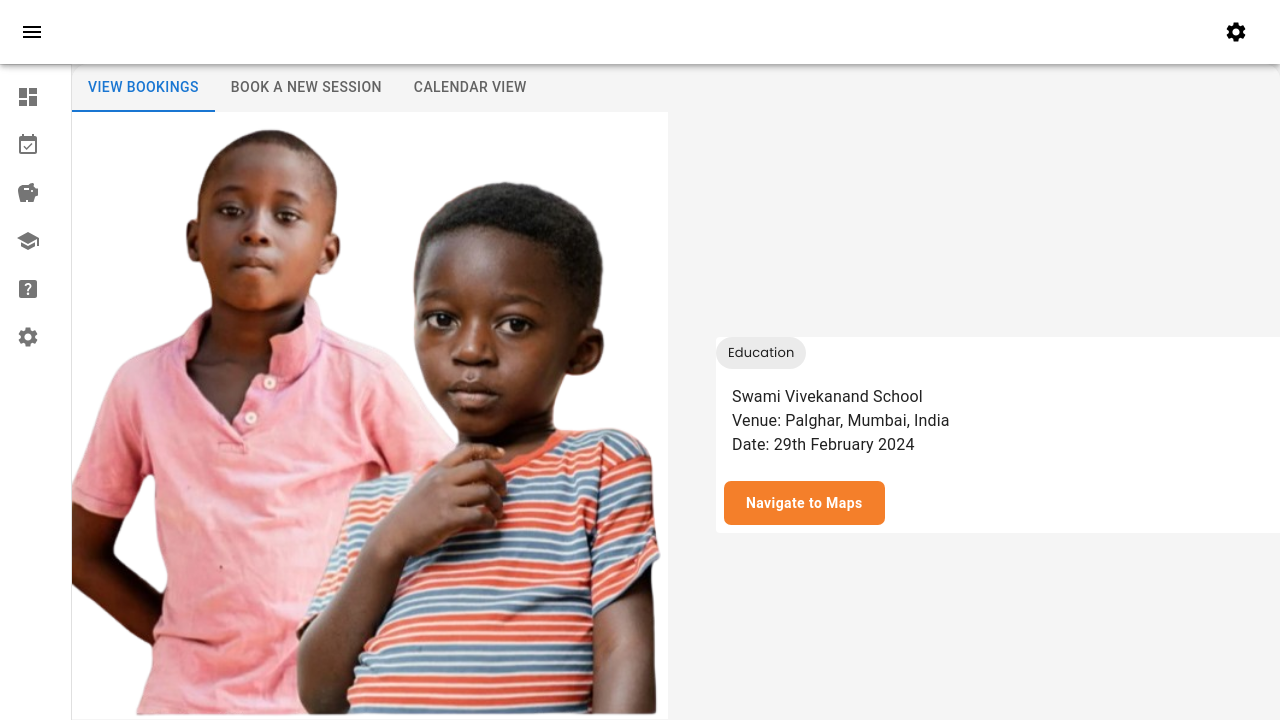
Repository: shubhampirate/Google_Solutions_Edural
Page: /bookings
The author's editor kept a copy of each file at every save. The page is drawn from the files as they stood at one save, then again after the next save.
The browser window is 1280 px wide. The pictures show the whole page.
An inner scrolling area shows only its first screen. The project was rebuilt for these pictures with package versions that can differ from the ones it lists, and the page was loaded fresh each time. Some packages were replaced by stand-ins written for this rebuild. Also part of the build but not shown: src/Components/Navbar.jsx, src/Components/Footer.jsx, src/Components/CongratsCard.jsx, src/pages/Hero/Hero.jsx, src/pages/Dashboard/Dashboard.jsx, src/pages/Sign_in.jsx, src/pages/Bookings/LicenseCard.jsx.

Above is the page before, as saved 2024-02-04 17:17:17.

### src/index.js
import React from "react";
import ReactDOM from "react-dom/client";
import "./index.css";
import { GoogleOAuthProvider } from '@react-oauth/google';
import App from "./App";
import { BrowserRouter } from "react-router-dom";
const root = ReactDOM.createRoot(
    document.getElementById("root"));
root.render(
    <BrowserRouter>
<GoogleOAuthProvider clientId="730379698185-cv7a59sok9sod43v04ee6g6pt4gtaea2.apps.googleusercontent.com">
        {/* <React.StrictMode> */}
            <App />
        {/* </React.StrictMode> */}
    </GoogleOAuthProvider>
    </BrowserRouter>

);

### src/App.jsx
import Hero from "./pages/Hero/Hero";
import Dashboard from "./pages/Dashboard/Dashboard";
import Layout from "./Components/layout";
import SignIn from "./pages/Sign_in";
import Booking from "./pages/Bookings/bookings"
import {useState} from "react";
import { Route, Routes } from "react-router-dom";
function App() {
  return (
    <>
      {/* <Hero />   */}
      {/* <SignIn /> */}
      <Routes>
        <Route path="/signin" element={<><SignIn /></>} />
        <Route path="/dashboard" element={<Layout><Dashboard /></Layout>} />
        {/* <Route path="/education" element={<><Education /></>} /> */}
        <Route path="/bookings" element={<Layout><Booking /></Layout>} />
        {/* <Route path="/profile" element={<><Profile /></>} /> */}
        {/* <Route path="/finance" element={<><Finance /></>} /> */}
        {/* <Route path="/questions" element={<><Questions /></>} /> */}
        {/* <Route path="/retireaibot" element={<><Bot /></>} /> */}
        <Route path="/" element={<><Hero /></>} />
      </Routes>
         </>
  );
}

export default App;

### src/Components/layout.jsx
import React from 'react';
import { styled, createTheme, ThemeProvider } from '@mui/material/styles';
import CssBaseline from '@mui/material/CssBaseline';
import MuiDrawer from '@mui/material/Drawer';
import Box from '@mui/material/Box';
import MuiAppBar from '@mui/material/AppBar';
import Toolbar from '@mui/material/Toolbar';
import IconButton from '@mui/material/IconButton';
import MenuIcon from '@mui/icons-material/Menu';
import ChevronLeftIcon from '@mui/icons-material/ChevronLeft';
import { mainListItems } from './listItems';
import { List } from '@mui/material';
import Divider from '@mui/material/Divider';
import Badge from '@mui/material/Badge';
// import NotificationsIcon from '@mui/icons-material/Notifications';
import Typography from '@mui/material/Typography';
import SettingsIcon from '@mui/icons-material/Settings';
const drawerWidth = 240;

const AppBar = styled(MuiAppBar, {
  shouldForwardProp: (prop) => prop !== 'open',
})(({ theme, open }) => ({
  zIndex: theme.zIndex.drawer + 1,
  transition: theme.transitions.create(['width', 'margin'], {
    easing: theme.transitions.easing.sharp,
    duration: theme.transitions.duration.leavingScreen,
  }),
  ...(open && {
    marginLeft: drawerWidth,
    width: `calc(100% - ${drawerWidth}px)`,
    transition: theme.transitions.create(['width', 'margin'], {
      easing: theme.transitions.easing.sharp,
      duration: theme.transitions.duration.enteringScreen,
    }),
  }),
  backgroundColor: 'white', // Set background color to white
  color: 'black',
}));

const Drawer = styled(MuiDrawer, { shouldForwardProp: (prop) => prop !== 'open' })(
  ({ theme, open }) => ({
    '& .MuiDrawer-paper': {
      position: 'relative',
      whiteSpace: 'nowrap',
      width: drawerWidth,
      transition: theme.transitions.create('width', {
        easing: theme.transitions.easing.sharp,
        duration: theme.transitions.duration.enteringScreen,
      }),
      boxSizing: 'border-box',
      ...(!open && {
        overflowX: 'hidden',
        transition: theme.transitions.create('width', {
          easing: theme.transitions.easing.sharp,
          duration: theme.transitions.duration.leavingScreen,
        }),
        width: theme.spacing(7),
        [theme.breakpoints.up('sm')]: {
          width: theme.spacing(9),
        },
      }),
    },
  }),
);

const defaultTheme = createTheme();

const Layout = ({ children }) => {
  const [open, setOpen] = React.useState(false);

  const toggleDrawer = () => {
    setOpen(!open);
  };

  return (
    <ThemeProvider theme={defaultTheme}>
      <Box sx={{ display: 'flex' }}>
        <CssBaseline />
        <AppBar position="absolute" open={open}
        //  sx={{
        //         backgroundColor:
        //         // "rgba(244, 127, 42, 0.04)",
        //         (theme) =>
        //         theme.palette.mode === 'light'
        //             ? theme.palette.grey[100]
        //             : theme.palette.grey[900]}}
                    >
          <Toolbar
            sx={{
              pr: '24px', // keep right padding when drawer closed
            }}
          >
            <IconButton
              edge="start"
              color="inherit"
              aria-label="open drawer"
              onClick={toggleDrawer}
              sx={{
                marginRight: '36px',
                ...(open && { display: 'none' }),
              }}
            >
              <MenuIcon />
            </IconButton>
            <Typography
              component="h1"
              variant="h6"
              color="inherit"
              noWrap
              sx={{ flexGrow: 1 }}
            >
              {/* Dashboard */}
            </Typography>
            <IconButton color="inherit">
              {/* <Badge badgeContent={4} color="secondary"> */}
                <SettingsIcon />
              {/* </Badge> */}
            </IconButton>

          </Toolbar>
        </AppBar>
        <Drawer variant="permanent" open={open}>
          <Toolbar
            sx={{
              display: 'flex',
              alignItems: 'center',
              justifyContent: 'flex-end',
              px: [1],
            }}
          >
            <IconButton onClick={toggleDrawer}>
              <ChevronLeftIcon />
            </IconButton>
          </Toolbar>
          <Divider />
            <List component="nav">
                {mainListItems}
            </List>
        </Drawer>
        <Box
          component="main"
          sx={{
            backgroundColor: (theme) =>
              theme.palette.mode === 'light'
                ? theme.palette.grey[100]
                : theme.palette.grey[900],
            flexGrow: 1,
            height: '100vh',
            overflow: 'auto',
          }}
        >
          <Toolbar />
          {/* Content of individual pages */}
          {children}
        </Box>
      </Box>
    </ThemeProvider>
  );
};

export default Layout;

### src/pages/Bookings/bookings.jsx
import React, { useState, useEffect } from 'react';
import { styled, createTheme, ThemeProvider } from '@mui/material/styles';
import CssBaseline from '@mui/material/CssBaseline';
import Box from '@mui/material/Box';
import Tabs from '@mui/material/Tabs';
import Tab from '@mui/material/Tab';
import Card from '@mui/material/Card';
import CardContent from '@mui/material/CardContent';
import Typography from '@mui/material/Typography';
import GoogleMapReact from 'google-map-react'; // Install with npm/yarn
import FullCalendar from '@fullcalendar/react'; // Install with npm/yarn
import dayGridPlugin from '@fullcalendar/daygrid'; // Install with npm/yarn
import LicenseCard from './LicenseCard';
import { CardActions, Button } from '@mui/material';
import Chip from '@mui/material/Chip';
import CustomButton from '../../Components/CustomButton';
import Grid from '@mui/material/Grid';
import heroImg from "../../media/img_main_page.png";
const defaultTheme = createTheme();

// Placeholder data for bookings and calendar events
const bookingsData = [
  { id: 1, title: 'Booking 1', date: '2024-02-10' },
  { id: 2, title: 'Booking 2', date: '2024-02-15' },
  // Add more booking data as needed
];

const calendarEvents = [
  { id: 1, title: 'Event 1', start: '2024-02-10', end: '2024-02-12' },
  { id: 2, title: 'Event 2', start: '2024-02-15', end: '2024-02-18' },
  // Add more calendar event data as needed
];

const AnyReactComponent = ({ text }) => <div>{text}</div>;

export default function Booking() {
  const [tabValue, setTabValue] = useState(0);

  const handleChangeTab = (event, newValue) => {
    setTabValue(newValue);
  };

  return (
    <ThemeProvider theme={defaultTheme}>
      <Box sx={{ display: 'flex', borderRadius: '16px', overflow: 'hidden', boxShadow: '0px 0px 10px rgba(0, 0, 0, 0.1)' }}>
        <CssBaseline />
        <Box
          component="main"
          sx={{
            backgroundColor: (theme) =>
              theme.palette.mode === 'light'
                ? theme.palette.grey[100]
                : theme.palette.grey[900],
            flexGrow: 1,
            height: '100vh',
            overflow: 'auto',
          }}
        >
          <Tabs value={tabValue} onChange={handleChangeTab}>
            <Tab label="View Bookings" />
            <Tab label="Book a New Session" />
            <Tab label="Calendar View" />
          </Tabs>

          {tabValue === 0 && (
            <Box>
              <Grid container spacing={2} alignItems="center">
            {/* Grid item for the image */}
            <Grid item xs={12} md={6}>
              {/* Replace 'imageUrl' with the actual path to your image */}
              <img
                src={heroImg}
                alt="Your Image"
                style={{ width: '100%', height: '100%', objectFit: 'cover' }}
              />
            </Grid>

            {/* Grid item for the card */}
            <Grid item xs={12} md={6}>
              <Card
                variant="solid"
                color="primary"
                sx={{
                  boxShadow: 'lg',
                  width: '100%',
                  marginLeft: '2rem',
                  marginTop: '2rem',
                }}
              >
                <Box sx={{ display: 'flex', gap: 1 }}>
                  <Chip size="sm" variant="soft" label="Education" />
                </Box>
                <div>
                  <Typography fontSize="sm" textColor="text.tertiary">
                    {/* Add any additional content above the card */}
                  </Typography>
                </div>
                <CardContent>
                  <Typography level="title-lg"> Swami Vivekanand School </Typography>
                  <Typography level="body-md">
                    Venue: Palghar, Mumbai, India
                  </Typography>
                  <Typography level="body-md">
                    Date: 29th February 2024
                  </Typography>
                </CardContent>
                <CardActions>
                  <CustomButton
                    backgroundColor="#F47F2A"
                    color="#fff"
                    buttonText="Navigate to Maps"
                    heroBtn={true}
                  />
                </CardActions>
              </Card>
            </Grid>
          </Grid>
              <Card
      variant="solid"
      color="primary"

      sx={{
        boxShadow: 'lg',
        width: 400,
        overflow: 'auto',
        resize: 'horizontal',
        marginLeft:'2rem',
        marginTop:'2rem',


      }}
    >
      <Box sx={{ display: 'flex', gap: 1 }}>
        <Chip size="sm" variant="soft" label="Education" />

        {/* <Chip size="sm" variant="soft" label="Chip Filled" /> */}

      </Box>
      <div>
          <Typography fontSize="sm" textColor="text.tertiary">
{/*
          </Typography> */}
        </Typography>
      </div>
      <CardContent>
        <Typography level="title-lg"> Swami Vivekanand School </Typography>
        <Typography level="body-md">
         Venue : Palghar, Mumbai, India
        </Typography>
        <Typography level="body-md">
         Date : 29th February 2024
        </Typography>
      </CardContent>
      <CardActions>
      <CustomButton
              backgroundColor="#F47F2A"
              color="#fff"
              buttonText="Navigate to Maps"
              heroBtn={true}
            />
        {/* <Button variant="solid">Purchase Now</Button> */}
      </CardActions>
    </Card>
            </Box>
          )}

          {tabValue === 1 && (
            <Box>
              {/* Book a New Session Content */}
              {/* Use Google Maps component to search for schools */}
              <GoogleMapReact
                bootstrapURLKeys={{ key: 'YOUR_GOOGLE_MAPS_API_KEY' }}
                defaultCenter={{ lat: 37.7749, lng: -122.4194 }}
                defaultZoom={10}
              >
                <AnyReactComponent lat={37.7749} lng={-122.4194} text="Your Location" />
              </GoogleMapReact>
            </Box>
          )}

          {tabValue === 2 && (
             <Box>
             {/* Calendar View Content */}
             {/* <FullCalendar
               plugins={[dayGridPlugin]}
               initialView="dayGridMonth"
               events={calendarEvents}
             /> */}
           </Box>          )}
        </Box>
      </Box>
    </ThemeProvider>
  );
}

### src/Components/CustomButton.jsx
import { Button, styled } from "@mui/material";
import React from "react";

const CustomButton = ({
  backgroundColor,
  color,
  buttonText,
  heroBtn,
  guideBtn,
  getStartedBtn,
}) => {
  const CustomButton = styled(Button)(({ theme }) => ({
    backgroundColor: backgroundColor,
    color: color,
    fontWeight: "700",
    fontSize: "14px",
    cursor: "pointer",
    padding: "0.5rem 1.25rem",
    borderRadius: "7px",
    textTransform: "none",
    display: "block",
    border: "2px solid transparent",
    "&:hover": {
      backgroundColor: color,
      color: backgroundColor,
      borderColor: backgroundColor,
    },
    [theme.breakpoints.down("md")]: {
      margin: (heroBtn || getStartedBtn) && theme.spacing(0, "auto", 3, "auto"),
      width: (heroBtn || getStartedBtn) && "90%",
    },
    [theme.breakpoints.down("sm")]: {
      marginTop: guideBtn && theme.spacing(3),
      width: guideBtn && "90%",
    },
  }));

  return <CustomButton>{buttonText}</CustomButton>;
};

export default CustomButton;

### src/Components/listItems.jsx
import * as React from 'react';
import ListItemButton from '@mui/material/ListItemButton';
import ListItemIcon from '@mui/material/ListItemIcon';
import ListItemText from '@mui/material/ListItemText';
import DashboardIcon from '@mui/icons-material/Dashboard';
import MedicalInformationIcon from '@mui/icons-material/MedicalInformation';
import SavingsIcon from '@mui/icons-material/Savings';
import SchoolIcon from '@mui/icons-material/School';
import HelpCenterIcon from '@mui/icons-material/HelpCenter';
import SettingsIcon from '@mui/icons-material/Settings';
import SmartToyIcon from '@mui/icons-material/SmartToy';
import { Link } from 'react-router-dom';
// import GoogleTranslateComponent from './GoogleTranslateComponent';
import EventAvailableIcon from '@mui/icons-material/EventAvailable';

export const mainListItems = (
  <>
    <React.Fragment>
      <Link to="/dashboard" style={{ textDecoration: "none", color: "black" }}>
        <ListItemButton>
          <ListItemIcon>
            <DashboardIcon />
          </ListItemIcon>
          <ListItemText primary="Dashboard" />
        </ListItemButton>
      </Link>
      <Link to="/bookings" style={{ textDecoration: "none", color: "black" }}>
        <ListItemButton>
          <ListItemIcon>
            <EventAvailableIcon />
          </ListItemIcon>
          <ListItemText primary="Bookings" />
        </ListItemButton>
      </Link>
      <Link to="/donation" style={{ textDecoration: "none", color: "black" }}>
        <ListItemButton>
          <ListItemIcon>
            <SavingsIcon />
          </ListItemIcon>
          <ListItemText primary="Donation" />
        </ListItemButton>
      </Link>
      <Link to="/education" style={{ textDecoration: "none", color: "black" }}>
        <ListItemButton>
          <ListItemIcon>
            <SchoolIcon />
          </ListItemIcon>
          <ListItemText primary="Educational Test" />
        </ListItemButton>
      </Link>
      <Link to="/questions" style={{ textDecoration: "none", color: "black" }}>
        <ListItemButton>
          <ListItemIcon>
            <HelpCenterIcon />
          </ListItemIcon>
          <ListItemText primary="FAQ" />
        </ListItemButton>
      </Link>
      <Link to="/profile" style={{ textDecoration: "none", color: "black" }}>
        <ListItemButton>
          <ListItemIcon>
            <SettingsIcon />
          </ListItemIcon>
          <ListItemText primary="Profile" />
        </ListItemButton>
      </Link>
      {/* <Link to="/retireaibot" style={{ textDecoration: "none", color: "black" }}>
        <ListItemButton>
          <ListItemIcon>
            <SmartToyIcon />
          </ListItemIcon>
          <ListItemText primary="Retire AI Bot" />
        </ListItemButton>
      </Link> */}
    </React.Fragment >
  </>
);

Loaded but not shown: public/index.html (common file); src/index.css (common file)

After the next save:
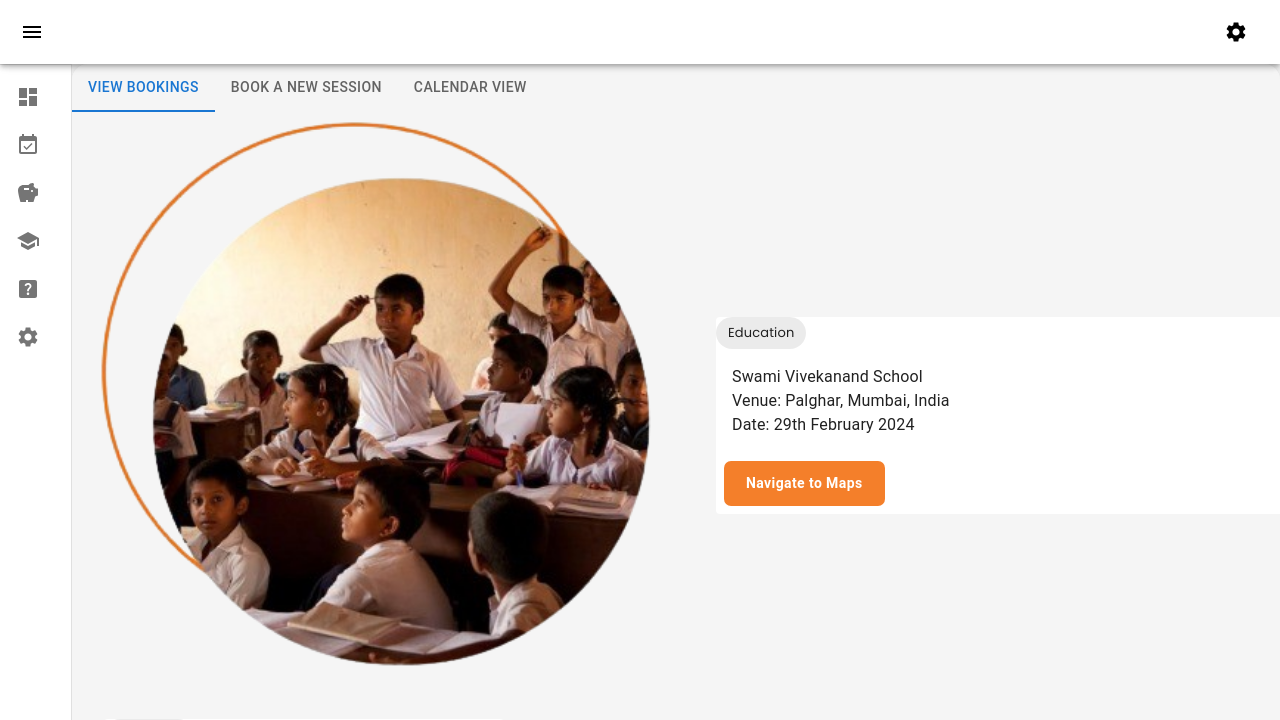
Saved 21 s later.
--- a/src/pages/Bookings/bookings.jsx
+++ b/src/pages/Bookings/bookings.jsx
@@ -15,7 +15,7 @@ import { CardActions, Button } from '@mui/material';
 import Chip from '@mui/material/Chip';
 import CustomButton from '../../Components/CustomButton';
 import Grid from '@mui/material/Grid';
-import heroImg from "../../media/img_main_page.png";
+import heroImg from "../../media/About_Us.png";
 const defaultTheme = createTheme();
 
 // Placeholder data for bookings and calendar events
